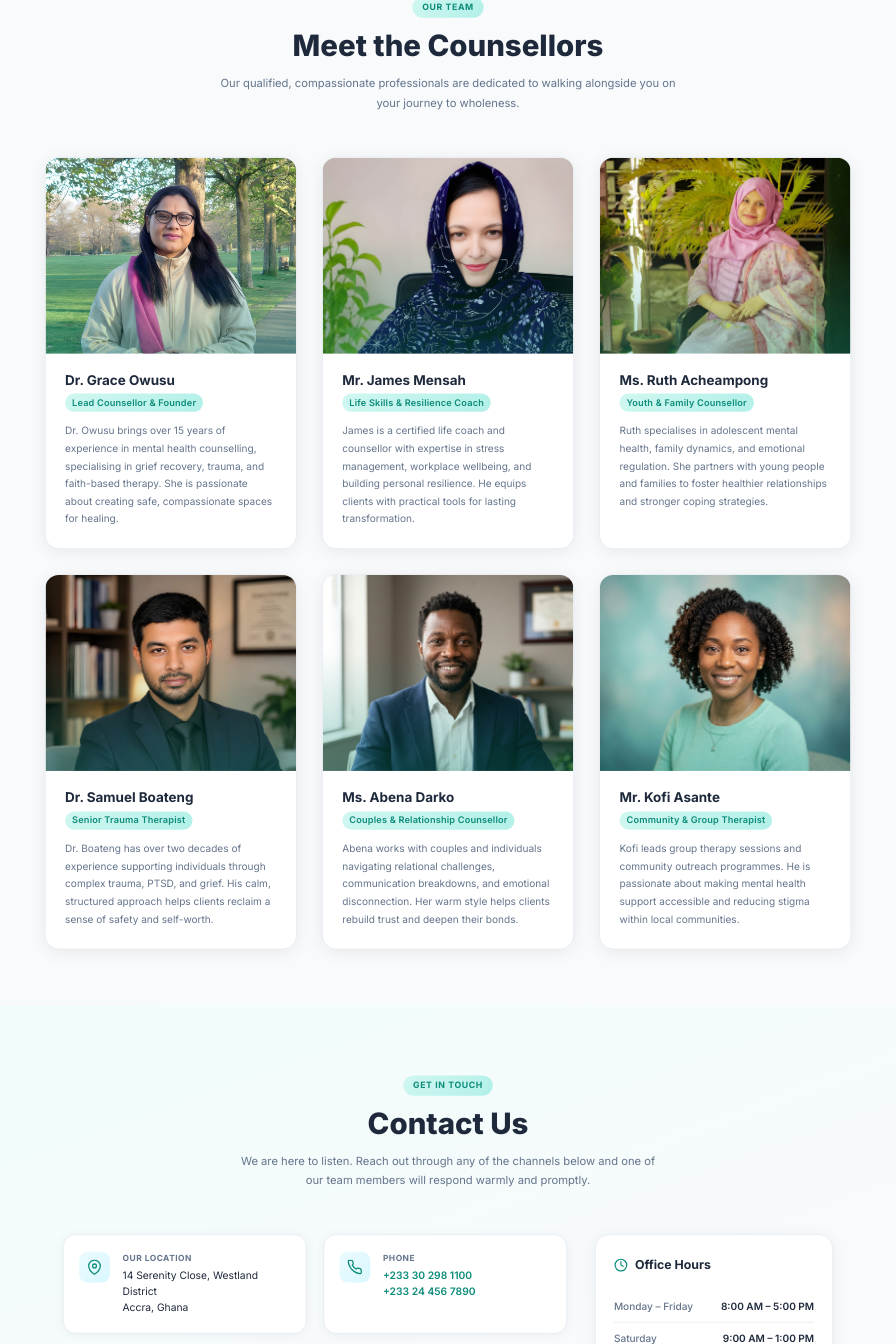
Repository: Tan47s/Lifelogo
Page: /
These files come from the project's save history. The page is drawn as it stood at one moment and after the next save; the edit follows.
The browser window is 1280 px wide. The pictures show the part of the page from y = 2316 to 4236 px (the page is 4886 px tall), at 70% of full size.
The project was rebuilt for these pictures with package versions that can differ from the ones it lists, and the page was loaded fresh each time. Also part of the build but not shown: vite.config.js.

Above is the page before, as saved 2026-08-09 16:44:46.

After the next save:
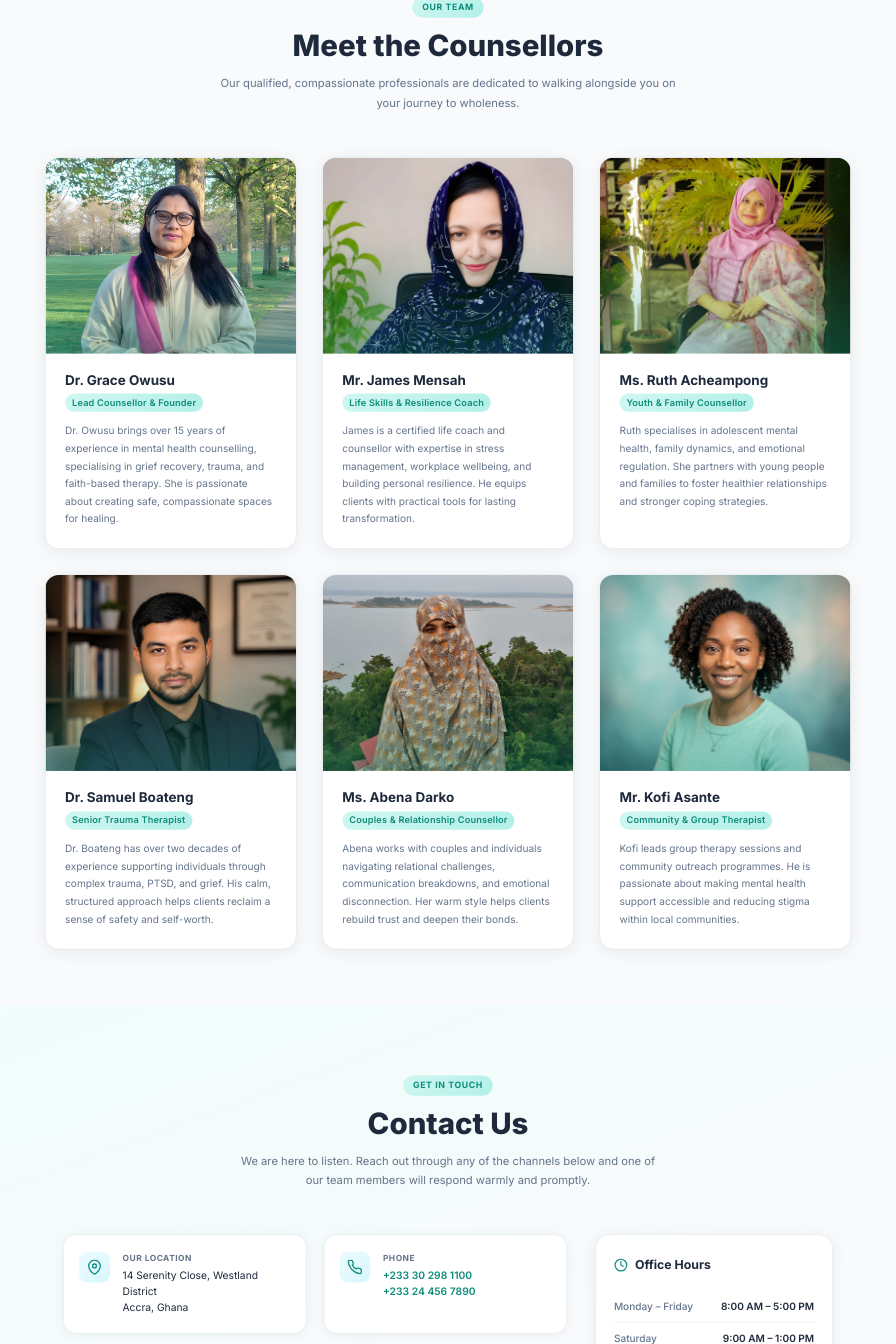
Saved 7 s later.
--- a/src/comp/Counsellors.jsx
+++ b/src/comp/Counsellors.jsx
@@ -4,7 +4,7 @@ import c1 from '../assets/counsellor1.jpg'
 import c2 from '../assets/counsellor2.jpg'
 import c3 from '../assets/counsellor3.jpeg'
 import c4 from '../assets/counsellor4.jpeg'
-import c5 from '../assets/counsellor5.png'
+import c5 from '../assets/counsellor5.jpeg'
 import c6 from '../assets/counsellor6.png'
 
 const counsellors = [
